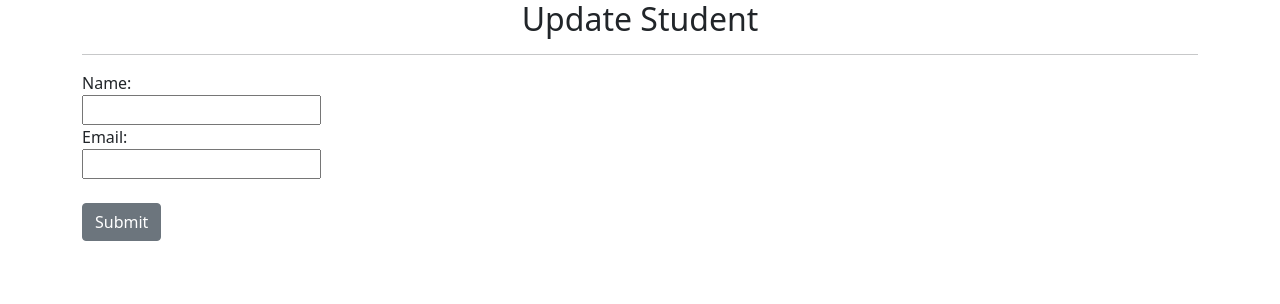
Repository: pradeep9689/monoceptAssignment
Page: http://localhost/09-student-mvc-db/update-student-form.jsp
These files come from the project's save history. The page is drawn as it stood at one moment and after the next save; the edit follows.
The browser window is 1280 px wide. The pictures show the whole page.
The page is served by Tomcat 9.

Above is the page before, as saved 2024-07-17 11:53:57.

After the next save:
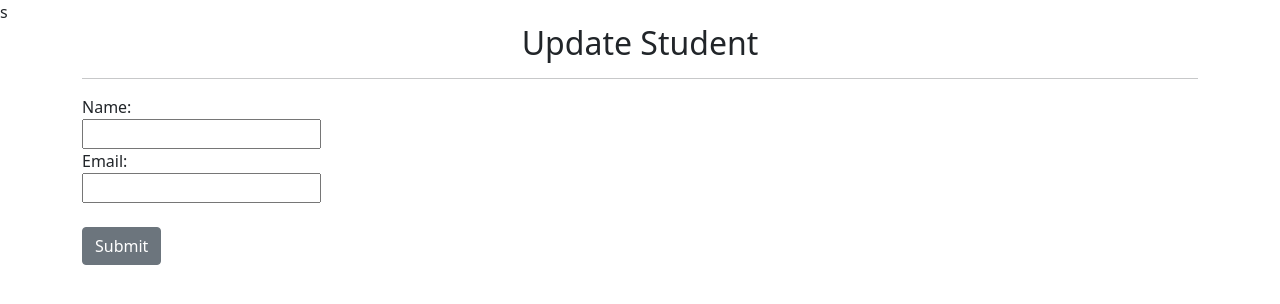
Saved 21 s later.
--- a/09-student-mvc-db/WebContent/update-student-form.jsp
+++ b/09-student-mvc-db/WebContent/update-student-form.jsp
@@ -5,6 +5,8 @@
 <head>
 <meta charset="ISO-8859-1">
 <title>Insert title here</title>
+<%@ taglib uri="http://java.sun.com/jsp/jstl/core" prefix="c"%>
+<%@ taglib uri="http://java.sun.com/jsp/jstl/functions" prefix="fn"%>s
  <link href="https://cdn.jsdelivr.net/npm/bootstrap@5.0.2/dist/css/bootstrap.min.css" rel="stylesheet" integrity="sha384-EVSTQN3/azprG1Anm3QDgpJLIm9Nao0Yz1ztcQTwFspd3yD65VohhpuuCOmLASjC" crossorigin="anonymous">
 
 </head>
